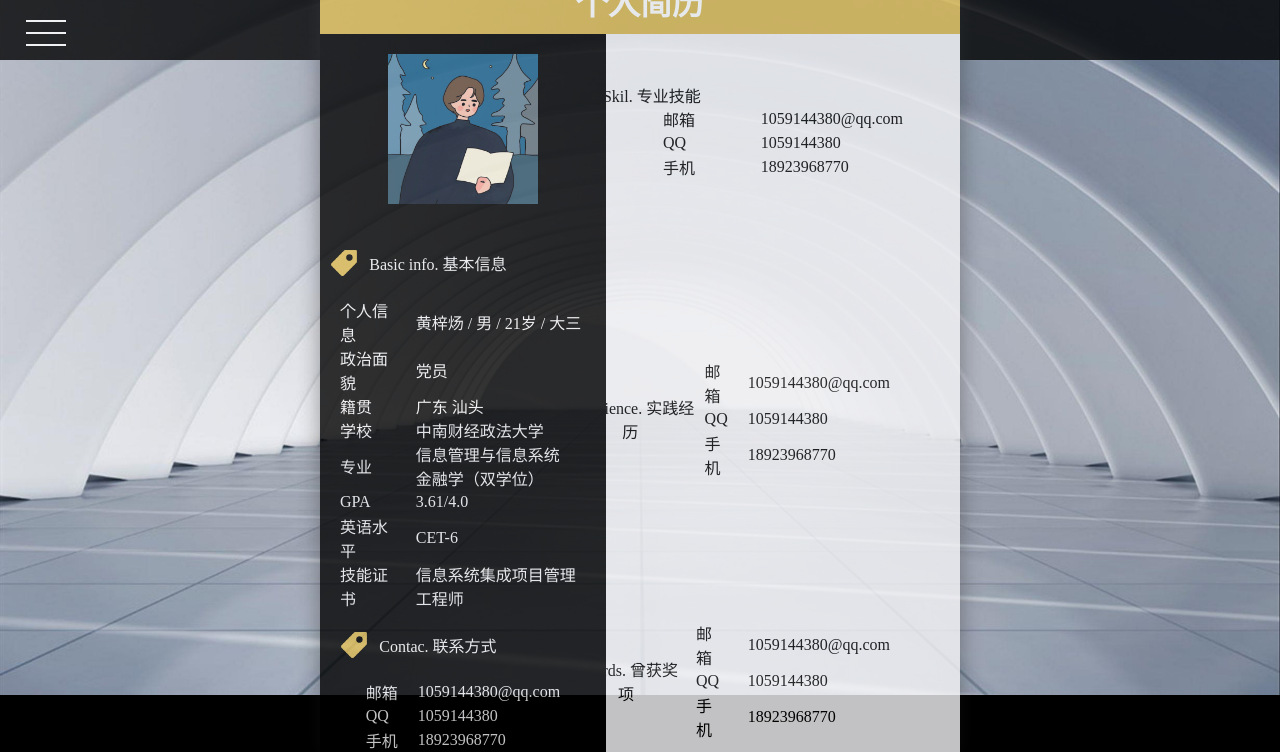
Repository: ustc-hzy/ziYang
Page: resume.html
The author's editor kept a copy of each file at every save. The page is drawn from the files as they stood at one save, then again after the next save.
The browser window is 1280 px wide. The pictures show the whole page.

Above is the page before, as saved 2020-06-18 17:16:21.

After the next save:
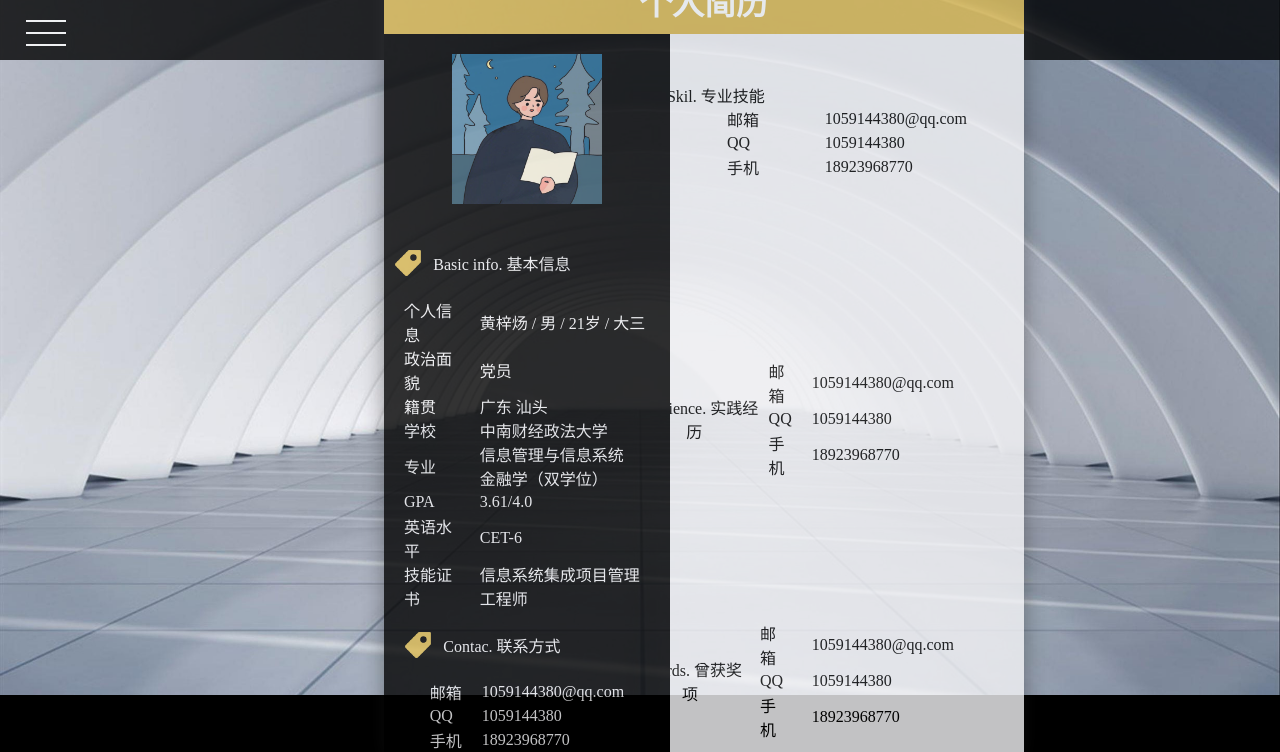
Saved 9 s later.
--- a/css/resume.css
+++ b/css/resume.css
@@ -2,7 +2,7 @@
     position: absolute;
     top: 50%;
     left: 50%;
-    transform: translate(-50%,-50%);
+    transform: translate(-40%,-50%);
     z-index: 1;
     box-shadow: 0 5px 20px rgba(26,26,26,0.5);
 }
